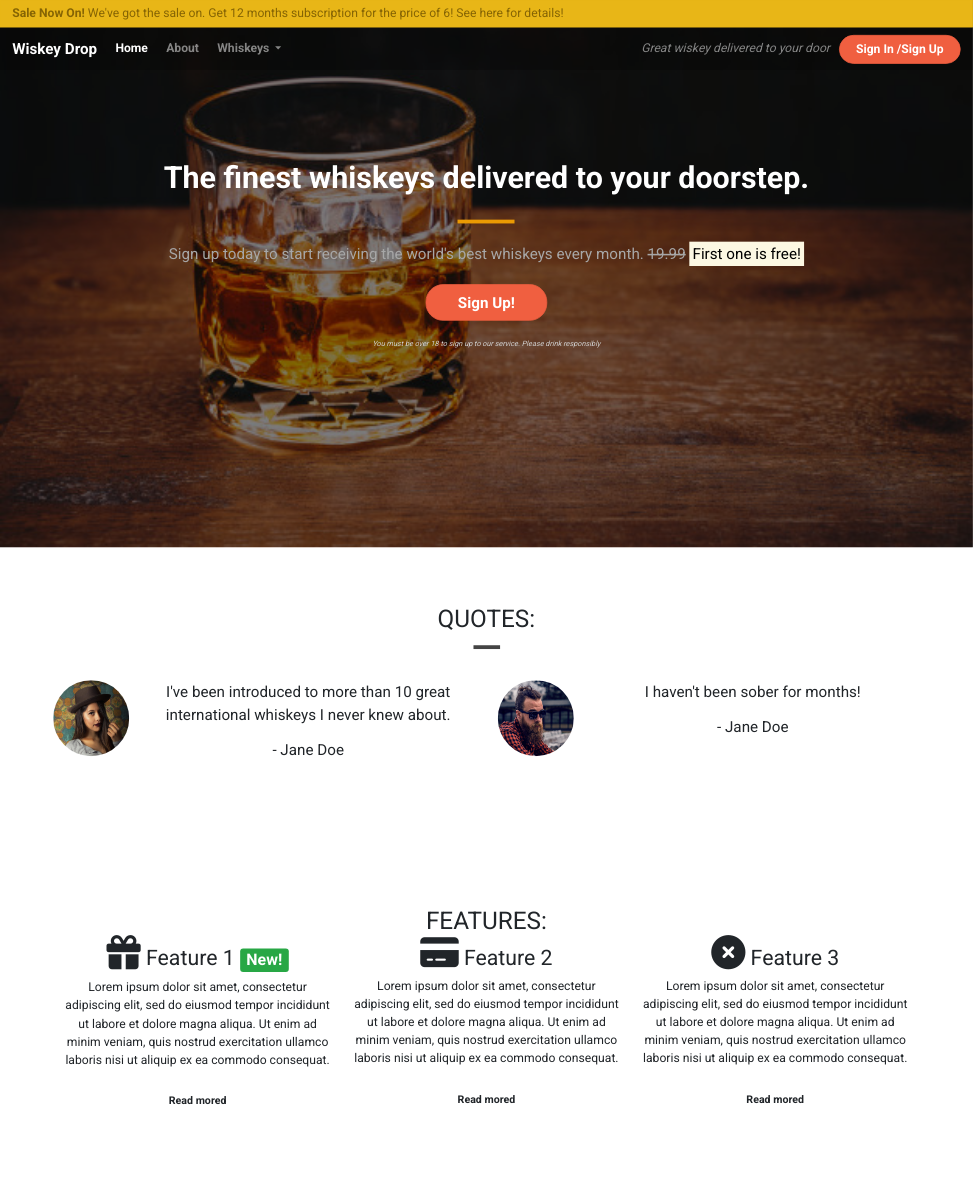
Repository: manub7/bootstrap4-mobile-first
Page: index.html
The author's editor kept a record of every edit. The page is drawn from the files as they stood at one moment, then again after the next edit.
The browser window is 1280 px wide. The pictures show the whole page, at 76% of full size.
Backgrounds fixed to the window are drawn as part of the page. Some web libraries are served in a nearby version.

Above is the page before.

### index.html
<!DOCTYPE html>
<html lang="en-us">

<head>
    <meta charset="utf-8">
    <meta name="viewport" content="width=device-width, initial-scale=1.0">
    <title>Whiskey Drop | Taste a new whiskey every month</title>
    <link rel="stylesheet" href="https://maxcdn.bootstrapcdn.com/bootstrap/4.1.3/css/bootstrap.min.css">
    <link rel="stylesheet" href="https://stackpath.bootstrapcdn.com/bootstrap/4.4.1/css/bootstrap.min.css" integrity="sha384-Vkoo8x4CGsO3+Hhxv8T/Q5PaXtkKtu6ug5TOeNV6gBiFeWPGFN9MuhOf23Q9Ifjh" crossorigin="anonymous">
    <script src="https://kit.fontawesome.com/0c0aa31012.js" crossorigin="anonymous"></script>
    <link href="https://fonts.googleapis.com/css?family=Roboto:400,700&display=swap" rel="stylesheet">
    <link rel="stylesheet" href="css/style.css" type="text/css" />
</head>

<body>
    <div class="container-fluid navalert-container">

        <div class="container-fluid alert-container">
            <div class=" row d-none d-sm-block">
                <div class="col-12">
                    <div class="site-wide-alert alert alert-warning">
                        <strong>Sale Now On!</strong> We've got the sale on. Get 12 months subscription for the price of 6!
                        <a ref="">See here for details!</a>
                    </div>
                </div>
            </div>
        </div>
        <nav class="navbar navbar-dark  navbar-expand-sm ">

            <a href="/" class="navbar-brand">Wiskey Drop</a>
            <button class="navbar-toggler ml-auto" type="button" data-toggle="collapse" data-target="#navbarNavDropdown" aria-controls="navbarNavDropdown" aria-expanded="false" aria-label="Toggle navigation">
        <span class="navbar-toggler-icon"></span></button>

            <div class="collapse navbar-collapse" id="navbarNavDropdown">
                <ul class="navbar-nav mr-auto">
                    <li class="active nav-item mr-2"><a class="nav-link" href="/">Home</a></li>
                    <li class="nav-item mr-2"><a class="nav-link" href="/about">About</a></li>
                    <li class="nav-item dropdown">
                        <a class="nav-link dropdown-toggle" href="#" id="navbarDropdownMenuLink" role="button" data-toggle="dropdown" aria-haspopup="true" aria-expanded="false">
            Whiskeys
        </a>
                        <div class="dropdown-menu" aria-labelledby="navbarDropdownMenuLink">
                            <a class="dropdown-item" href="#">Irish</a>
                            <a class="dropdown-item" href="#">Scotch</a>
                            <a class="dropdown-item" href="#">Japanese</a>
                            <a class="dropdown-item" href="#">American</a>
                        </div>
                    </li>

                    <li class="nav-item mr-2 d-block d-sm-none"><a class="nav-link" href="">Sign In / Sign Up</a></li>
                </ul>
            </div>

            <div class="d-none d-md-block">
                <p class="navbar-text my-auto mr-2"><i>Great wiskey delivered to your door</i></p>
                <a href="/login" class="btn btn--cta btn--red">Sign In /Sign Up</a>

            </div>

        </nav>
    </div>

    <!-- Callout -->
    <div class="container-fluid callout-container">
        <div class="opaque-overlay">&nbsp;</div>
        <div class="row">
            <div class="col-12">
                <section class="callout jumbotron text-center">
                    <h1 class="jumbotron-header">The finest whiskeys delivered to your doorstep.</h1>
                    <hr class="block-divider block-divider--orange">
                    <p class="lead">Sign up today to start receiving the world's best whiskeys every month.
                        <s class="d-none d-sm-inline">19.99</s>
                        <span class="d-inline d-sm-none"><br></span>
                        <strong><mark> First one is free!</mark></strong></p>
                    <p><button class="btn btn-lg btn--cta btn--red" data-toggle="modal" data-target="#signUpModal">Sign Up!</button></p>
                    <p class="text-muted"><small> You must be over 18 to sign up to our service. Please drink responsibly </small></p>
                </section>
            </div>
        </div>
    </div>
    <!-- /.callout -->
    </div>

    <!-- Quotes -->
    <div class="container-wraper">
        <div class="container container-quotes content-container">
            <section class="quotes">
                <div class="row">
                    <div class="col-12 page-header">
                        <h2 class="text-uppercase">Quotes:</h2>
                        <hr class=" block-divider block-divider--short " </div>
                    </div>
                    <div class="row">
                        <div class="col-12 col-md-6 page-header">
                            <div class="media">
                                <div class="d-none d-sm-block">
                                    <img src="images/girl-image.png" class="rounded-circle  mr-3" height=100 width=100>
                                </div>
                                <div class="media-body">
                                    <blockquote class="blockquote">
                                        <p>I've been introduced to more than 10 great international whiskeys I never knew about.</p>
                                        <p>- Jane Doe</p>
                                    </blockquote>
                                </div>
                            </div>
                        </div>

                        <div class="col-12 col-md-6 page-header">
                            <div class="media">
                                <div class="d-none d-sm-block">
                                    <img src="images/guy-image.png" class="rounded-circle mr-3" height=100 width=100>
                                </div>
                                <div class="media-body">
                                    <blockquote class="blockquote">
                                        <p>I haven't been sober for months!</p>
                                        <p>- Jane Doe</p>
                                        </blockquotes>
                                </div>
                            </div>
                        </div>
                    </div>
            </section>
        </div>
     </div>
            <!-- /.quotes -->


            <!-- Features -->
            <div class="container features-container content-container">
                <section class="features">
                    <div class="row">
                        <div class="col-12 page-header">
                            <h2 class="text-uppercase">Features:</h2>
                        </div>
                    </div>

                    <div class="row">
                        <div class="col-12 col-md-6 col-lg-4 page-header">
                            <div class="feature">
                                <h3><i class="fas fa-gift d-none d-sm-inline"></i> Feature 1 <span class="badge badge-success">New!</span></h3>
                                <p>Lorem ipsum dolor sit amet, consectetur adipiscing elit, sed do eiusmod tempor incididunt ut labore et dolore magna aliqua. Ut enim ad minim veniam, quis nostrud exercitation ullamco laboris nisi ut aliquip ex ea commodo
                                    consequat.</p>
                                <p><a class="btn btn-sm btn-light">Read mored</a></p>
                            </div>
                        </div>


                        <div class="col-12 col-md-6 col-lg-4 page-header">
                            <div class="feature">
                                <h3><i class="fas fa-credit-card d-none d-sm-inline"></i> Feature 2</h3>
                                <p>Lorem ipsum dolor sit amet, consectetur adipiscing elit, sed do eiusmod tempor incididunt ut labore et dolore magna aliqua. Ut enim ad minim veniam, quis nostrud exercitation ullamco laboris nisi ut aliquip ex ea commodo
                                    consequat.</p>
                                <p><a class="btn btn-sm btn-light">Read mored</a></p>
                            </div>
                        </div>


                        <div class="col-12 d-md-none d-lg-block col-lg-4 page-header">
                            <div class="feature">
                                <h3><i class="fas fa-times-circle d-none d-sm-inline"></i> Feature 3</h3>
                                <p>Lorem ipsum dolor sit amet, consectetur adipiscing elit, sed do eiusmod tempor incididunt ut labore et dolore magna aliqua. Ut enim ad minim veniam, quis nostrud exercitation ullamco laboris nisi ut aliquip ex ea commodo
                                    consequat.</p>
                                <p><a class="btn btn-sm btn-light">Read mored</a></p>
                            </div>
                        </div>
                    </div>
            </div>
            </section>
            <!-- /.features -->
        </div>

        <!-- /Modla dialog -->

        <div class="modal" tabindex="-1" role="dialog" id="signUpModal">
            <div class="modal-dialog" role="document">
                <div class="modal-content">
                    <div class="modal-header">
                        <h5 class="modal-title">Sign Up To Whiskey Drop!</h5>
                        <button type="button" class="close" data-dismiss="modal" aria-label="Close">
          <span aria-hidden="true">&times;</span>
        </button>
                    </div>
                    <div class="modal-body">
                        <form>
                            <div class="form-group">
                                <label for="exampleInputEmail1">Email address</label>
                                <input type="email" class="form-control" id="exampleInputEmail1" aria-describedby="emailHelp" placeholder="Enter email">
                                <small id="emailHelp" class="form-text text-muted">We'll never share your email with anyone else.</small>
                            </div>
                            <div class="form-group">
                                <label for="password">Password</label>
                                <input type="password" class="form-control" id="password" placeholder="Password">
                            </div>
                            <div class="form-group">
                                <label for="repeatPassword">Repeat Password</label>
                                <input type="password" class="form-control" id="repeatPassword" placeholder="Repeat Password">
                            </div>
                            <button type="submit" class="btn btn-success">Submit</button>
                        </form>
                    </div>
                </div>
            </div>
        </div>


        <script src="https://code.jquery.com/jquery-3.4.1.slim.min.js" integrity="sha384-J6qa4849blE2+poT4WnyKhv5vZF5SrPo0iEjwBvKU7imGFAV0wwj1yYfoRSJoZ+n" crossorigin="anonymous"></script>
        <script src="https://cdn.jsdelivr.net/npm/popper.js@1.16.0/dist/umd/popper.min.js" integrity="sha384-Q6E9RHvbIyZFJoft+2mJbHaEWldlvI9IOYy5n3zV9zzTtmI3UksdQRVvoxMfooAo" crossorigin="anonymous"></script>
        <script src="https://stackpath.bootstrapcdn.com/bootstrap/4.4.1/js/bootstrap.min.js" integrity="sha384-wfSDF2E50Y2D1uUdj0O3uMBJnjuUD4Ih7YwaYd1iqfktj0Uod8GCExl3Og8ifwB6" crossorigin="anonymous"></script>
</body>

</html>

### css/style.css
body {
    font-family: 'Roboto', sans-serif;
}

.container-wrapper {

}
.container-wrapper--red{
    background-color:#f05f40;
    color: white;
}

.alert-container .col-12 {
    padding-left: 0;
    padding-right:0;
}

.site-wide-alert {
    border-radius:0;
    margin-bottom:0;
    padding:5px 15px;
    background-color: #e8b617;
    border-color: #e8b617;

}

.callout-container {
    height: 100vh;
    background: url(../images/wiskey-background.jpg) no-repeat bottom right fixed;
    -webkit-background-size: cover;
    -moz-background-size: cover;
    -o-background-size: cover;
    background-size: cover;

    display: flex;
    align-items:center;
    justify-content:center;
    position:relative;
}

.opaque-overlay {
    position: absolute;
    top: 0px;
    left: 0px;
    height: 100%;
    width:100%;
    background-color: rgba(0,0,0,0.5);
}

.quotes-container  {

}



.features-container {}

/* Page header*/

.page-header {
    margin-bottom: 0;
    border-bottom:0;
    text-align: center;
}
.page-header h2 {
    margin-bottom: 0;
}

.quotes .page-header {
    margin-bottom: 25px;
}

/*Block dividers */

.block-divider {
    width: 75px;
    height: 5px;
    border: 0;
    background-color: #444;

}

.block-divider--orange {
     background-color: #ea9a03;
}

.block-divider--white {
    background-color: white;
}

.block-divider--short {
    width: 35px;
}
/* Content container */

.content-container {
    padding-bottom: 75px;
    padding-top: 75px;
}

/* Navbar */

.navalert-container {
    position:absolute;
    top:0;
    left:0;
    padding-left: 0;
    padding-right: 0;
    z-index:1;
}

.navbar {
    margin-bottom: 0;
    border:0;
    width: 100%;
    background-color: rgba(0,0,0,0.25);
}

.navbar .navbar-toggler {
    border:0;
}

.navbar-brand {

    font-weight: bold;
}

.navbar .navbar-nav {
    font-weight: bold;
}

/*Jumbotron*/

.jumbotron {
    background-color: transparent;
}

.jumbotron h1 {

    color: white;
    font-weight: bold;
    margin-bottom: 30px;
    color: white;
}

.jumbotron .lead {
    margin-top: 0;
    margin-bottom: 1rem;
    color: #a7a7a7;
    margin: 25px 0;
}

.jumbotron small {
    font-size: 60%;
    font-style: italic;
    color: #d0d0d0;
}

/* Buttons */

.btn--cta {
    font-weight: bold;
    border-radius: 23px;
    width:160px;
}

.btn--red {
    color: white;
    background-color: #f05f40;
    border-color: #f05f40;

}

.btn--red:hover,
.btn--red:active,
.btn--red:focus,
.btn--red:active:focus {
    background-color: #df4929;
    border-color: #df4929;

}
.feature {
    text-align: center;
    margin-bottom: 40px;
}

.feature i{
    margin-bottom: 20px;
    font-size: 45px;
    font-height:45px;
}

.feature .btn {
    background-color: white;
    border-color: white;
    border-radius: 15px;
    min-width:100px;
    font-weight: bold;
    margin-top:10px;
    color:#f05f40;
}

After the next edit:
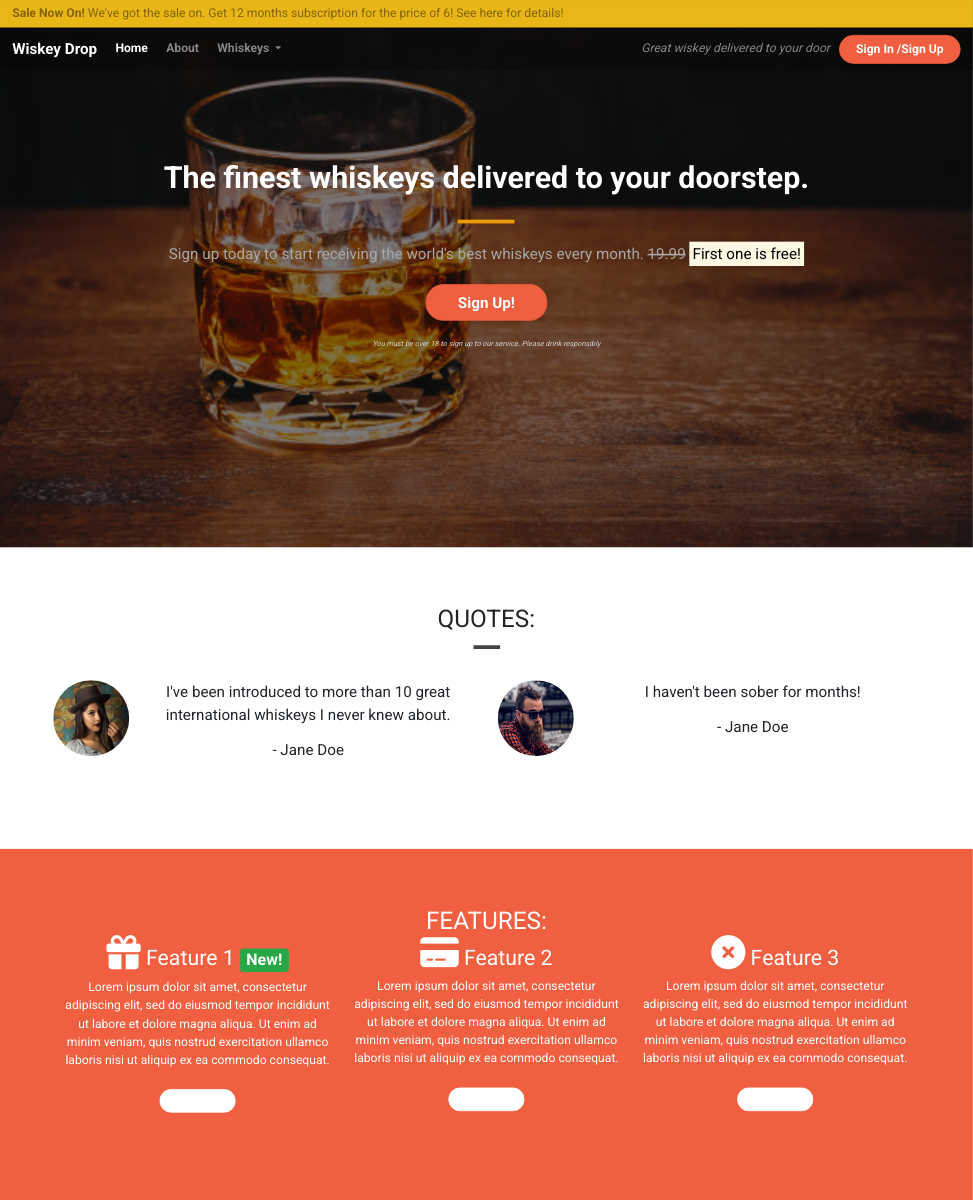
The edit:
--- a/index.html
+++ b/index.html
@@ -126,6 +126,7 @@
 
 
             <!-- Features -->
+            <div class=" container-wrapper container-wrapper--red">
             <div class="container features-container content-container">
                 <section class="features">
                     <div class="row">
